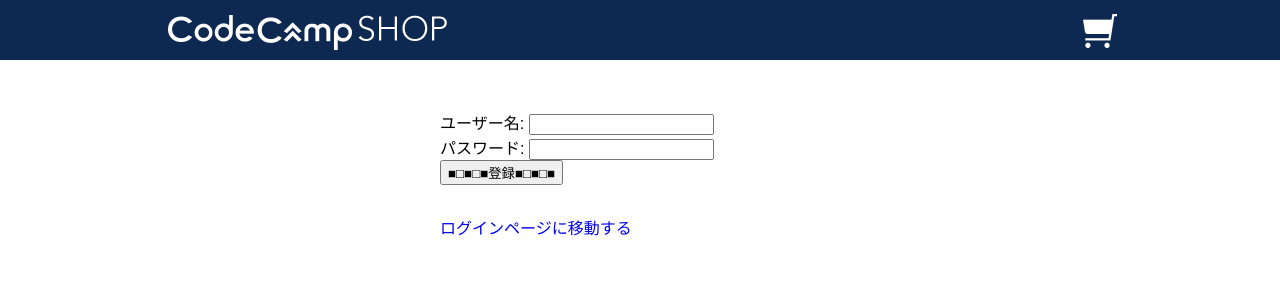
Repository: tppei/PHP
Page: http://localhost/htdocs/php25/ec_userregister.php
The author's editor kept a record of every edit. The page is drawn from the files as they stood at one moment, then again after the next edit.
The browser window is 1280 px wide. The pictures show the whole page.
The page is run by PHP 8.4 with error messages shown; the project is at /var/www/html/. Queries for data that is not in the repository find no rows.

Above is the page before.

### htdocs/php25/ec_userregister.php
<?php


// 設定ファイル読み込み
require_once '../../ECinclude/const.php';
// 関数ファイル読み込み
require_once '../../ECinclude/model.php';

// MySQLへの接続
$pdo = get_db_connect();

$input_err = input_blank_check('user_name');
$input_err = input_charcheck('user_name');
$input_err = input_blank_check('passwd');
$input_err = input_charcheck('passwd');

$register_err = check_same_user($pdo);

user_register($input_err,$register_err,$pdo);

include_once '../../ECinclude/ec_user_view.php';

$pdo = null;

### ECinclude/const.php
<?php


// 現在時刻を取得
$date = date('Y-m-d H:i:s');

// 変数初期化
$filename ="";
$input_err =[];
$err_msg = [];
$data = [];
$user_name = '';
$user_id =0;
$amount = [];
$item_id = 0;
$sum_price = 0;
$sql = "";

$regexp_stock = '/^[0-9]+$/';       // 在庫数正規表現
$regexp_price = '/^[0-9]+$/';       // 値段正規表現
$regexp_file = '/\.png$|\.jpg$/i'; // 画像ファイル正規表現
$regexp_user = '/^[\w]{6,}$/';  //パスワード　ユーザー名の正規表現


define('TAX', 1.05);  // 消費税

define('DB_HOST',   'localhost'); // データベースのホスト名又はIPアドレス
define('DB_USER',   'username');  // MySQLのユーザ名
define('DB_PASSWD', 'passwd');    // MySQLのパスワード
define('DB_NAME',   'dbname');    // データベース名

define('HTML_CHARACTER_SET', 'UTF-8');  // HTML文字エンコーディング
define('DB_CHARACTER_SET',   'UTF8');   // DB文字エンコーディング

### ECinclude/model.php
<?php

// ぺージ共通関数
/**
* 特殊文字をHTMLエンティティに変換する
* @param str  $str 変換前文字
* @return str 変換後文字
*/
function entity_str($str) {
    return htmlspecialchars($str, ENT_QUOTES, 'utf-8');
}

/**
* クエリを実行しその結果を配列で取得する
*
* @param obj  $link DBハンドル
* @param str  $sql SQL文
* @return array 結果配列データ
*/
function get_as_array($pdo,$sql) {

    // 返却用配列
    global $data;

    // 配列を空にする
    $data = [];

    // クエリを実行する
    $stmt=$pdo->query($sql);

    while($row=$stmt->fetch()){
        $data[] = $row;
    }

    return $data;

}
/**
* リクエストメソッドを取得
* @return str GET/POST/PUTなど
*/
function get_request_method() {
   return $_SERVER['REQUEST_METHOD'];
}
/**
* POSTデータを取得
* @param str $key 配列キー
* @return str POST値
*/
function get_post_data($key) {
   $str = '';
   if (isset($_POST[$key]) === TRUE) {
       $str = $_POST[$key];
   }
   return $str;
}

// 空白チェック関数
function input_blank_check($subject){
    global $input_err;
    if($_SERVER['REQUEST_METHOD'] === 'POST'){
        if(isset($_POST[$subject])){
            if($_POST[$subject] === ""){
                if($subject === 'new_name'){
                    $input_err[] = "名前を入力してください<br>";
                }else if($subject === 'new_price'){
                    $input_err[] = "値段を入力してください<br>";
                }else if($subject === 'new_stock'){
                    $input_err[] = "個数を入力してください<br>";
                }else if($subject === 'user_name'){
                    $input_err[] = "ユーザー名を入力してください<br>";
                }else if($subject === 'passwd'){
                    $input_err[] = "パスワードを入力してください<br>";
                }
            }
        }
    }
    return $input_err;
}

// 文字入力半角数字正規表現チェック関数
function input_charnumcheck($subject){
    if ($_SERVER['REQUEST_METHOD'] === 'POST'){
        global $regexp_price;
        global $regexp_file;
        global $input_err;
        if(isset($_POST[$subject])){
            // 空白だった場合に以下のエラーを表示させない
            if($_POST[$subject] !== ""){
                if(!preg_match($regexp_price,$_POST[$subject])){
                    if($subject === 'new_price'){
                        //   値段が半角数字ではない
                        $input_err[] = "値段は半角数字を入力してください<br>";
                    }else if($subject === 'new_stock' || $subject === 'select_amount' || $subject === 'updated_stock' || $subject === 'update_stock'){
                        //   個数が半角数字ではない
                        $input_err[] = "個数は半角数字を入力してください<br>";
                    }
                }else if($subject === 'new_price' && $_POST[$subject] > 10000){
                    //   値段が半角で１万より上
                    $input_err[] = "値段は1万円以下にして下さい<br>";
                }else{

                }
            }
        }
        return $input_err;
    }
}

// 文字入力半角英数字6字以上正規表現チェック関数
function input_charcheck($subject){
    if ($_SERVER['REQUEST_METHOD'] === 'POST'){
        global $regexp_user;
        global $input_err;
        if(isset($_POST[$subject])){
             // 空白だった場合に以下のエラーを表示させない
            if($_POST[$subject] !== ""){
                if(!preg_match($regexp_user,$_POST[$subject])){
                    if($subject === 'user_name'){
                        $input_err[] = "ユーザー名は半角英数字6文字以上で入力してください<br>";
                    }else if($subject === 'passwd'){
                        $input_err[] = "パスワードは半角英数字6文字以上で入力してください<br>";
                    }
                }else{

                }
            }
        }
        return $input_err;
    }
}

// 画像ファイルエラー関数
function file_check(){
    global $input_err;
    global $regexp_file;
    if ($_SERVER['REQUEST_METHOD'] === 'POST'){
        if(isset($_FILES['new_img']['name'])){
            if(empty($_FILES['new_img']['name'])){
                //   ファイル名が空白
                $input_err[] = "ファイルを選択してください<br>";
            }else{
                // ファイル形式が異なる
                if(!preg_match($regexp_file,$_FILES['new_img']['name'])){
                    $input_err[] = "ファイル形式が異なります。画像ファイルはJPEG又はPNGのみ利用可能です。<br>";
                }
            }
        }
        return  $input_err;
    }
}

// エラー表示関数
function err_display($input_err){
    foreach($input_err as $go){
        print $go;
    }
}

// db接続関数
function get_db_connect() {
            $username = 'codecamp49497';
            $passwd = 'codecamp49497';
        try{
            // pdoによるMYSQLへの接続
            $pdo = new PDO('mysql:host=localhost;dbname=codecamp49497;charset=utf8;',$username,$passwd);
            //例外をスロ-
            $pdo->setAttribute(PDO::ATTR_ERRMODE, PDO::ERRMODE_EXCEPTION);
            $pdo->setAttribute(PDO::ATTR_EMULATE_PREPARES, false);

        }catch(PDOException $e){
            //エラー情報の表示
            //エラーコード取得
            $code=$e->getCode();
            //エラーメッセージ取得
            $message=$e->getMessage();
            print '接続失敗しました';
            print '<br>';
            print("{$code}/{$message}<brS>");
            //プログラム終了
            die();
        }
            return $pdo;
}

// 管理者ブラウザに表示する表の作成
 function table_display($pdo){
    $data_array =[];
    // 表作成のためのカラム取得
    $sql = "SELECT item_info_table.id,name,img,price,stock,status FROM item_info_table JOIN item_stock_table ON item_info_table.id = item_stock_table.item_id";
    $stmt=$pdo->query($sql);

    while($row=$stmt->fetch()){
        $data_array[] = $row;
    }

    return $data_array;
 }

 function user_table($pdo,$sql){
     $data =[];
     $stmt=$pdo->query($sql);
     while($row=$stmt->fetch()){
        $data[] = $row;
    }

    return $data;
 }

// 以下ec_itemtegisterで使用する関数
// 商品情報追加関数
function detail_insert($pdo,$input_err){
        // 変数初期化
        global $date;
        $err_msg = [];
        $data_array =[];
        $new_name = "";
        $new_price = 0;
        $filename = "";
        $new_status =0;
        $new_stock = 0;
        $uploader = "./image/";

        if($_SERVER['REQUEST_METHOD'] === 'POST'){
            // 商品名、値段、画像、ステータス、数の情報をpostで受け取った場合
            if(isset($_POST['new_name']) && isset($_POST['new_price']) && isset($_POST['new_status']) && isset($_POST['new_stock'])){
                // 入力でエラーがない場合
                if(count($input_err) === 0){
                    // 変数に取得情報を代入
                    $new_name = get_post_data('new_name');
                    $new_price = get_post_data('new_price');
                    $new_status = get_post_data('new_status');
                    $new_stock = get_post_data('new_stock');

                    // 画像ファイルの保存
                    if(isset($_FILES['new_img']['name'])){
                    //  保存先のパスとブラウザ上に一時保存された画像名を結合
                      $upload = $uploader . basename($_FILES['new_img']['name']);
                    //   var_dump($upload);

                    //   アップロードされた画像をファイルに保存
                      if(move_uploaded_file($_FILES['new_img']['tmp_name'],$upload) !== TRUE){
                          $err_msg[] = '保存失敗';
                      };

                    //   変数に画像名を代入
                      $filename = basename($_FILES['new_img']['name']);
                    }



                        //   アイテム表に行追加
                        $query_detail = "INSERT INTO item_info_table (name,price,img,status,created_date,updated_date) VALUES(?,?,?,?,?,?)";
                        $stmt=$pdo->prepare($query_detail);


                        // バインド　以下sqlインジェクション対策
                        $stmt->bindValue(1,$new_name);
                        $stmt->bindValue(2,$new_price);
                        $stmt->bindValue(3,$filename);
                        $stmt->bindValue(4,$new_status);
                        $stmt->bindValue(5,$date);
                        $stmt->bindValue(6,$date);
                        $stmt->execute();


                        // 表作成のためのカラム取得
                        $sql = "SELECT id FROM item_info_table WHERE created_date = (SELECT MAX(created_date) FROM item_info_table)";

                        $stmt=$pdo->query($sql);

                        while($row=$stmt->fetch()){
                            $data_array[] = $row;
                        }

                        $item_id = $data_array[0]['id'];

                        //   在庫表に行追加
                        $query_stock = "INSERT INTO item_stock_table (stock,created_date,updated_date,item_id) VALUES(?,?,?,?)";
                        $stmt=$pdo->prepare($query_stock);

                        // バインド　以下sqlインジェクション対策
                        $stmt->bindValue(1,$new_stock);
                        $stmt->bindValue(2,$date);
                        $stmt->bindValue(3,$date);
                        $stmt->bindValue(4,$item_id);
                        $stmt->execute();

                        print "商品追加完了";

                }else{
                //   入力エラーある場合エラー内容を表示
                       err_display($input_err);
                }
            }
        }
}

//  在庫数変更関数
function stock_change($pdo,$input_err){
    global $date;
    if ($_SERVER['REQUEST_METHOD'] === 'POST'){
        // 在庫数変更
        if(isset($_POST['update_stock']) && isset($_POST['id'])){
            if(count($input_err) === 0){
                // 在庫数変更をデータベースに保存

                $update_stock = $_POST['update_stock'];
                // 確認用
                // var_dump($update_stock);

                $update_drinkid = $_POST['id'];

                // 在庫数変更クエリ
                $query = "UPDATE item_stock_table SET stock = $update_stock WHERE item_id = $update_drinkid";
                // 確認用
                // return var_dump($query);

                // クエリを実行します
                $stmt=$pdo->query($query);

                $query = "UPDATE item_stock_table SET updated_date = '$date' WHERE item_id = $update_drinkid";
                $stmt=$pdo->query($query);

                print "在庫数変更完了";

            }else{
                err_display($input_err);
            }
        }
    }
}

// ステータス変更関数
function status_change($pdo){
    global $date;
    if ($_SERVER['REQUEST_METHOD'] === 'POST'){
        // ステータス変更
        if(isset($_POST["change_status"])){
            // 現在の公開ステータス
            $prestatus = $_POST["change_status"];
            // var_dump($prestatus);
            // 現在のステータスが0ならば、変更後は１　そうでないなら変更後は0
            if($prestatus === '0'){
                $poststatus = '1';
            }else{
                $poststatus = '0';
            }

            // id取得
            $update_drinkid = $_POST['id'];

            // ステータス変更クエリ
            $status_query = "UPDATE item_info_table SET status = '$poststatus' WHERE id = $update_drinkid";

            // クエリを実行します
            $stmt=$pdo->query($status_query);

            // updated_date更新クエリ
            $update_date_query = "UPDATE item_info_table SET updated_date = '$date'";

            // クエリを実行
            $stmt=$pdo->query($update_date_query);

            print "ステータス変更完了";
        }
    }
}

// 登録商品削除関数
function delete_iteminfo($pdo){
    if($_SERVER['REQUEST_METHOD'] === 'POST'){
        if(isset($_POST['delete'])){
            // id取得
            $id = $_POST['id'];

            // 登録商品テーブル
            $sql = "DELETE FROM item_info_table WHERE id= $id";
            $stmt=$pdo->query($sql);

            // 在庫数テーブル
            $sql = "DELETE FROM item_stock_table WHERE item_id = $id";
            $stmt=$pdo->query($sql);

            print "削除完了";
        }

    }

}

// 以下ec_userregister内で使用する関数
// 登録するユーザー名が既存かどうか調べる関数
function check_same_user ($pdo){
    global $data;
    $register_err = [];
    $username = '';
    $username = get_post_data('user_name');

    $sql = "SELECT * FROM user_info_table WHERE user_name = '$username' ";
    $data = get_as_array($pdo,$sql);
    if(!empty($data)){
        $register_err[] = 'このユーザー名はすでに登録されているため、登録できません<br>';
    }

    return $register_err;
}

// ユーザー登録関数
function user_register($input_err,$register_err,$pdo){
    global $date;
    $new_user = '';
    $new_pass = '';

     if($_SERVER['REQUEST_METHOD'] === 'POST'){
        // 上記2つの関数()でエラーがない場合
        if(count($input_err) === 0 && count($register_err) === 0){
            try{

                $new_user = get_post_data('user_name');
                $new_pass = get_post_data('passwd');


                $pdo->setAttribute(PDO::ATTR_ERRMODE, PDO::ERRMODE_EXCEPTION);
                $pdo->setAttribute(PDO::ATTR_EMULATE_PREPARES, false);

                // トランザクション開始
                $pdo->beginTransaction();

                //   user_info表に行追加
                $query_detail = "INSERT INTO user_info_table (user_name,password,created_date,updated_date) VALUES(?,?,?,?)";
                $stmt=$pdo->prepare($query_detail);


                // バインド　以下sqlインジェクション対策
                $stmt->bindValue(1,$new_user);
                $stmt->bindValue(2,$new_pass);
                $stmt->bindValue(3,$date);
                $stmt->bindValue(4,$date);

                $stmt->execute();


                //コミット
                $pdo->commit();

                print '登録完了しました';


            }catch(PDOException $e){
                if(isset($pdo)===true && $pdo->inTransaction()===true){
                    //ロールバックする
                    $pdo->rollBack();
                }

                //エラー情報の表示
                //エラーコード取得
                $code=$e->getCode();
                 //エラーメッセージ取得
                $message=$e->getMessage();

                print 'sql文の実行が失敗しました';
                print '<br>';
                print("{$code}/{$message}<brS>");
                //プログラム終了
                die();
            }
        }else{
            err_display($input_err);
            foreach($register_err as $go){
                print $go;
            }
        }
    }
}


// 以下ec_cart.php内で使用する関数
// カート商品追加関数
function cart_adding ($pdo,$item_id,$user_id){
    global $date;
    $query = '';
    $sql = '';
    $add_sql = "";
    $amount_select_sql = "";
    $amount = 0;
    $stock_get = "";
    $stock = 0;
    $data = "";
    if(isset($_POST['additem_id'])){
        // カートに追加する商品がすでにカート内にあるか確かめるクエリ
        $sql = "SELECT item_id FROM cart_table WHERE item_id = $item_id";
            // 上のクエリで取得できなかった場合
            if(empty(get_as_array($pdo,$sql))){

                    // カートテーブルに商品情報追加
                    $query = "INSERT INTO cart_table(user_id,item_id,amount,created_date,updated_date) VALUES(?,?,?,?,?)";

                    $stmt=$pdo->prepare($query);

                    // バインド　以下sqlインジェクション対策
                    $stmt->bindValue(1,$user_id);
                    $stmt->bindValue(2,$item_id);
                    $stmt->bindValue(3,1);
                    $stmt->bindValue(4,$date);
                    $stmt->bindValue(5,$date);
                    $stmt->execute();



            // 上のクエリで取得できた場合
            }else{


                    //  カートテーブルからカート内の個数を取得
                     $amount_select_sql = "SELECT amount FROM cart_table WHERE item_id = $item_id";
                     $data = get_as_array($pdo,$amount_select_sql);

                     $amount = $data[0]['amount'];   //  cartから取り出した量
                     $amount = ++$amount;   //  カート内の個数+1

                     // 在庫数確認
                     $stock_get = "SELECT stock FROM item_stock_table WHERE item_id = $item_id";
                     $stock = get_as_array($pdo,$stock_get);
                     $stock = $stock[0]['stock'];

                     if($stock - $amount >= 0){

                         $add_sql = "UPDATE cart_table SET amount = $amount WHERE item_id = $item_id";
                         $stmt=$pdo->query($add_sql);

                         $update_date_query = "UPDATE cart_table SET updated_date = '$date' WHERE item_id = $item_id";
                         $stmt=$pdo->query($update_date_query);

                         print 'カートに入れました';
                     }else{
                         print "在庫がありません";
                     }
            }
    }
}

// カート内数量変更関数
function cart_amount_change($pdo,$input_err){
    $sql ="";
    $amount =0;
    $item_id =0;
    $stock = "";
    $purchase = "";
    global $date;

    if(count($input_err) === 0){
        if($_SERVER['REQUEST_METHOD'] === 'POST'){
            if(isset($_POST['select_amount']) && isset($_POST['item_id'])){

                // 入力された数量と商品のidを取得
                $amount = $_POST['select_amount'];
                $item_id = $_POST['item_id'];


                // 在庫数確認
                $stock_get = "SELECT stock FROM item_stock_table WHERE item_id = $item_id";
                $stock = get_as_array($pdo,$stock_get);
                $stock = $stock[0]['stock'];

                // 変更後数が在庫数を超えていなかった場合
                if($amount <= $stock){
                    // 入力された数量に更新
                    $sql = "UPDATE cart_table SET amount = $amount WHERE item_id = $item_id";
                    $stmt=$pdo->query($sql);

                    $update_date_query = "UPDATE cart_table SET updated_date = '$date' WHERE item_id = $item_id";
                    $stmt=$pdo->query($update_date_query);

                    print '数量変更完了';
                }else{
                    print "更新失敗";
                }
            }
        }
    }else{
        err_display($input_err);
    }
}

// 購入完了関数
function complete_shopping($pdo,$array,$user_id){

    if($_SERVER['REQUEST_METHOD'] === 'POST'){
        if(!empty($array)){

            try{
                $pdo->setAttribute(PDO::ATTR_ERRMODE, PDO::ERRMODE_EXCEPTION);
                $pdo->setAttribute(PDO::ATTR_EMULATE_PREPARES, false);
                // トランザクション開始
                $pdo->beginTransaction();

                // 在庫数変更クエリ
                $sql = "UPDATE item_stock_table,cart_table SET stock = stock - amount WHERE item_stock_table.item_id = cart_table.item_id AND cart_table.user_id = $user_id";
                $stmt=$pdo->query($sql);

                // カート情報削除クエリ
                $sql = "DELETE FROM cart_table WHERE $user_id";
                $stmt=$pdo->query($sql);

                 //コミット
                $pdo->commit();
            }catch(PDOException $e){
                if(isset($pdo)===true && $pdo->inTransaction()===true){
                //ロールバックする
                $pdo->rollBack();
                }

                //エラー情報の表示
                //エラーコード取得
                $code=$e->getCode();
                 //エラーメッセージ取得
                $message=$e->getMessage();

                print 'sql文の実行が失敗しました';
                print '<br>';
                print("{$code}/{$message}<brS>");
                //プログラム終了
                die();
            }
        }else{
            print '商品がありません';
        }
    }

}

// // カート内商品削除関数
function delete_cartiteminfo($pdo){
        $item_id = 0;
        if($_SERVER['REQUEST_METHOD'] === 'POST'){
            if(isset($_POST['delete'])){
                // id取得
                $item_id = get_post_data('item_id');
                // カートテーブル
                $sql = "DELETE FROM cart_table WHERE item_id= $item_id";
                // var_dump($sql);

                $stmt=$pdo->query($sql);

            }
        }

}

### ECinclude/ec_user_view.php
<!DOCTYPE html>
<html lang="ja">
    <head>
        <meta charset="UTF-8">
        <title>ユーザー登録</title>
        <link type="text/css" rel="stylesheet" href="./css/common.css">
    </head>
    <body>
        <header>
            <div class="header-box">
              <a href="./top.php">
                <img class="logo" src="./image/logo.png" alt="CodeSHOP">
              </a>
              <a href="./cart.php" class="cart"></a>
            </div>
        </header>

        <div class = "content">
            <div class = 'register'>
                <form action='ec_userregister.php'method='post'>
                   <div><label for="user_name">ユーザー名:</label>
                   <input type="text" name="user_name" id='user_name'></div>
                   <div><label for='passwd'>パスワード:</label>
                   <input type='text' name='passwd' id ='passwd'></div>
                   <div><input type="submit" value="■□■□■登録■□■□■"></div>
                </form>
                <div class="login-link"><a href="./ec_login.php">ログインページに移動する</a></div>
            </div>


        </div>
    </body>
</html>

### htdocs/php25/css/common.css
/* reset -------------------------------------------- */

html, body, div, span, object, iframe,
h1, h2, h3, h4, h5, h6, p, blockquote, pre,
abbr, address, cite, code,
del, dfn, em, img, ins, kbd, q, samp,
small, strong, sub, sup, var,
b, i,
dl, dt, dd, ol, ul, li,
fieldset, form, label, legend,
table, caption, tbody, tfoot, thead, tr, th, td,
article, aside, canvas, details, figcaption, figure,
footer, header, hgroup, menu, nav, section, summary,
time, mark, audio, video {
  margin:0;
  padding:0;
  border:0;
  outline:0;
  font-size:100%;
  vertical-align:baseline;
  background:transparent;
}

ul {
  list-style:none;
}

a {
  text-decoration: none;
}

a:hover {
  text-decoration: underline;
}

/* common -------------------------------------------- */

body {
  font-family: sans-serif;
}

header {
  height: 60px;
  background-color: #0D2851;
}

.header-box {
  margin-left : auto ;
  margin-right : auto ;
  width: 960px;
}

.logo {
  float: left;
  display:block;
}

.cart {
  float: right;
  display:block;
  width:50px;
  height:50px;
  background:url("../images/cart.png")  no-repeat;
}

a:hover.cart {
  background: url("../images/cart_hover.png") no-repeat;
}

a:active.cart {
  background: url("../images/cart_on.png") no-repeat;
}

.nemu {
  float: right;
  display:block;
  margin: 15px 0 0 10px;
  font-weight: bold;
  font-size: 16px;
  color: #ffffff;
}

a:link.nemu {
  color: #ffffff;
}

a:visited.nemu  {
  color: #ffffff;
}


.content {
  margin-left : auto ;
  margin-right : auto ;
  width: 960px;
}

.success-msg {
  color: blue;
}

.err-msg {
  color: #FF0000;
}


/* top page -------------------------------------------- */

.item-list li {
  float:left;
  margin-top: 20px;
  margin-left: 20px;
  width:300px;
}

.item-list .item {
  text-align: center;
}

.item-list .item-img{
  width:300px;
}

.item-list .item-info{
  margin-top: 5px;
}

.item-list .item-name {
  float:left;
}

.item-list .item-price {
  display:block;
  float:right;
}

.item-list .cart-btn {
  display:block;
  clear:both;
  margin:0 auto;
  width:160px;
  height:40px;
  color: #ffffff;
  font-size: 100%;
  background-color: #00A7F7;
  border:none;
}

.item-list .sold-out{
  clear:both;
  height:40px;
  color: #FF0000;
  font-size: 1.2em;
}

/* cart, finish page -------------------------------------------- */

.title {
  margin-top: 20px;
  font-size: 1.4em;
}

.cart-list-title {
  clear:both;
  margin-top: 20px;
  margin-bottom: 10px;
  padding-bottom: 5px;
  border-bottom: 1px solid #ccc;
}

.cart-list-title .cart-list-price{
  margin-left: 700px;
}

.cart-list-title .cart-list-num {
  margin-left: 150px;
}

.cart-list .cart-item {
  clear:both;
  margin-top: 10px;
  margin-bottom: 10px;
  vertical-align: middle;
  border-bottom: 1px solid #ccc;
}

.cart-list .cart-item-img{
  width:120px;
}

.cart-list .cart-item-name{
  position: absolute;
  margin-left: 30px;
  width: 500px;
}

.cart-item-del{
  display: inline;
  position: absolute;
  margin-left: 470px;
}

.cart-list .cart-item-price {
  position: absolute;
  margin-left: 560px;
  color: #FF0000;
}

.cart-list .form_select_amount {
  float:right;
  margin-left: 50px;
}

.cart-list .cart-item-num {
  width:100px;
  height:30px;
  font-size: 1.2em;
}

.cart-list .cart-item-num2 {
    width: 50px;
}

.buy-sum-box{
  clear:both;
  margin-top: 10px;
}

.buy-sum-box .buy-sum-title{
  margin-left: 620px;
}

.buy-sum-box .buy-sum-price{
  margin-left: 30px;
  font-size: 2em;
  color: #FF0000;
}

.buy-btn {
  display:block;
  margin-top: 10px;
  width:100%;
  height:60px;
  color: #ffffff;
  background-color: #FF8A00;
  font-size: 1.4em;
  border:none;
}

/* finish page -------------------------------------------- */

.finish-msg{
  margin-top: 20px;
  height:60px;
  font-size: 1.4em;
  text-align: center;
  line-height:60px;
  background-color: #FFF2DC;
}

.finish-item-price {
  position: absolute;
  margin-left: 800px;
}

/* login page -------------------------------------------- */
.login {
  margin-top: 50px;
  margin-left : auto ;
  margin-right : auto ;
  width: 400px;
}

.account-create {
  margin-top: 30px;
}

/* register page -------------------------------------------- */
.register {
  margin-top: 50px;
  margin-left : auto ;
  margin-right : auto ;
  width: 400px;
}

.login-link {
  margin-top: 30px;
}

.logout{
  margin: 100px;
}

After the next edit:
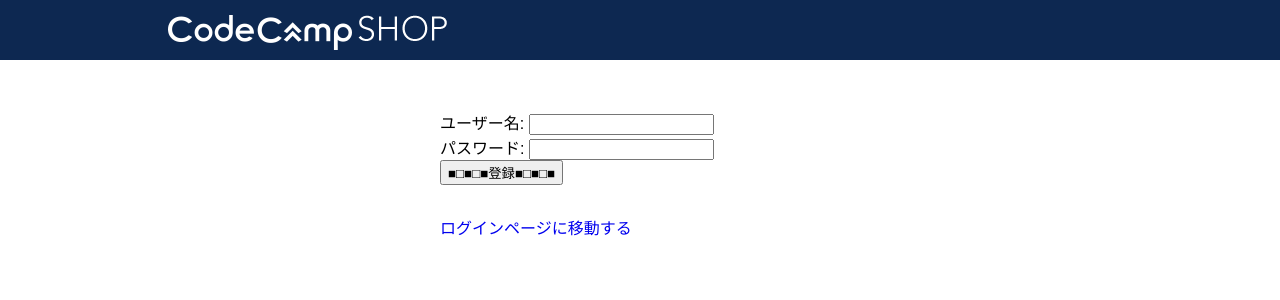
Not found: htdocs/php25/css/image/cart.png
The edit:
--- a/htdocs/php25/css/common.css
+++ b/htdocs/php25/css/common.css
@@ -60,7 +60,7 @@
   display:block;
   width:50px;
   height:50px;
-  background:url("../images/cart.png")  no-repeat;
+  background:url("./image/cart.png")  no-repeat;
 }
 
 a:hover.cart {
